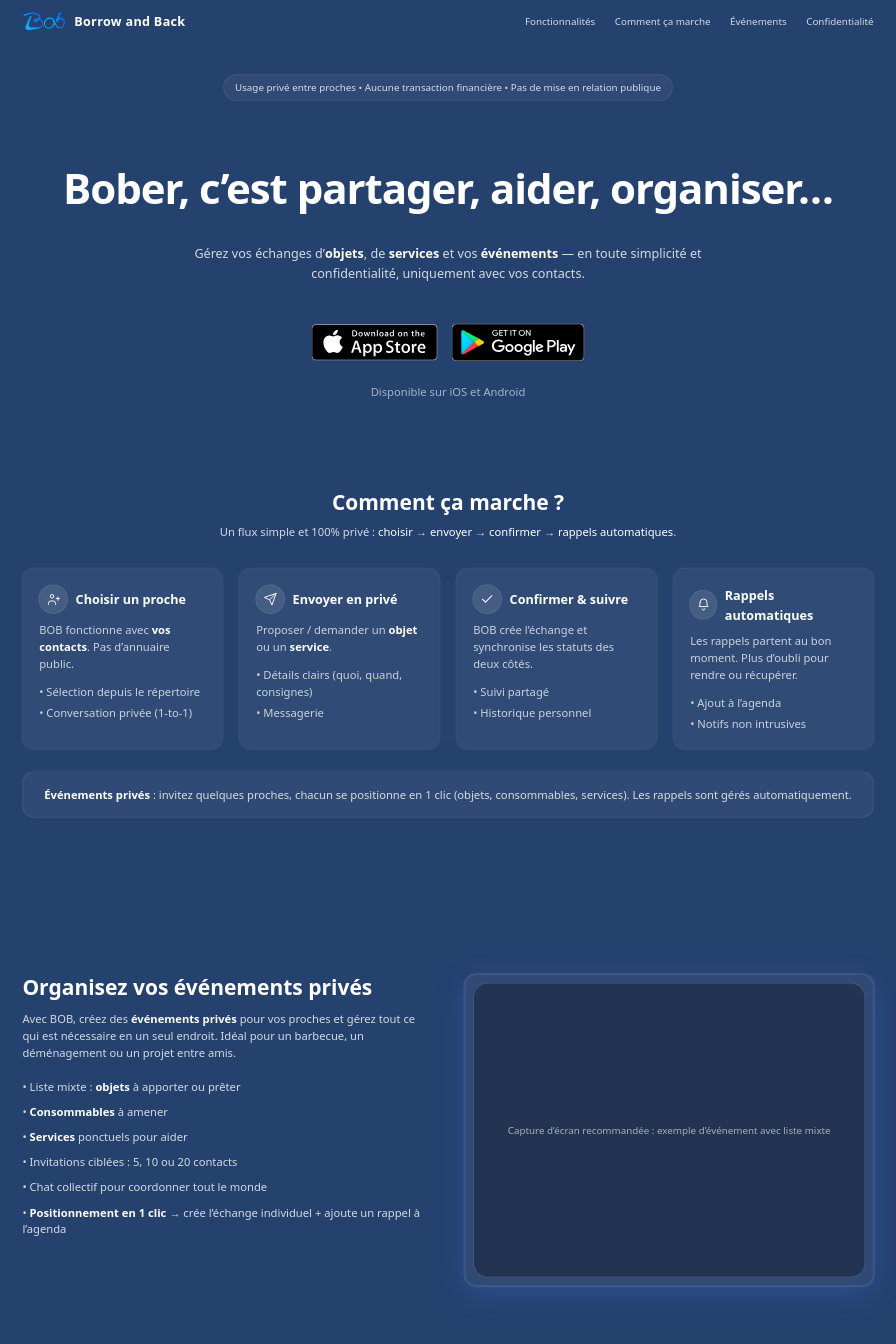
Repository: JeanCharlesMEILLAND/new-bob
Page: /
An editor plug-in stored every save of this project. The page is shown before and after the next save, followed by the edit.
The browser window is 1280 px wide. The pictures show the part of the page from y = 0 to 1920 px (the page is 3234 px tall before and 3250 px after), at 70% of full size.
The page's requests for data from a server got no answer. The project was rebuilt for these pictures with package versions that can differ from the ones it lists, and the page was loaded fresh each time. The framework's server and built-in components were replaced by stand-ins that run in the browser. No one was signed in, and anything a server would have sent is missing. Also part of the build but not shown: next.config.ts.

Above is the page before, as saved 2025-08-12 15:56:16.

After the next save:
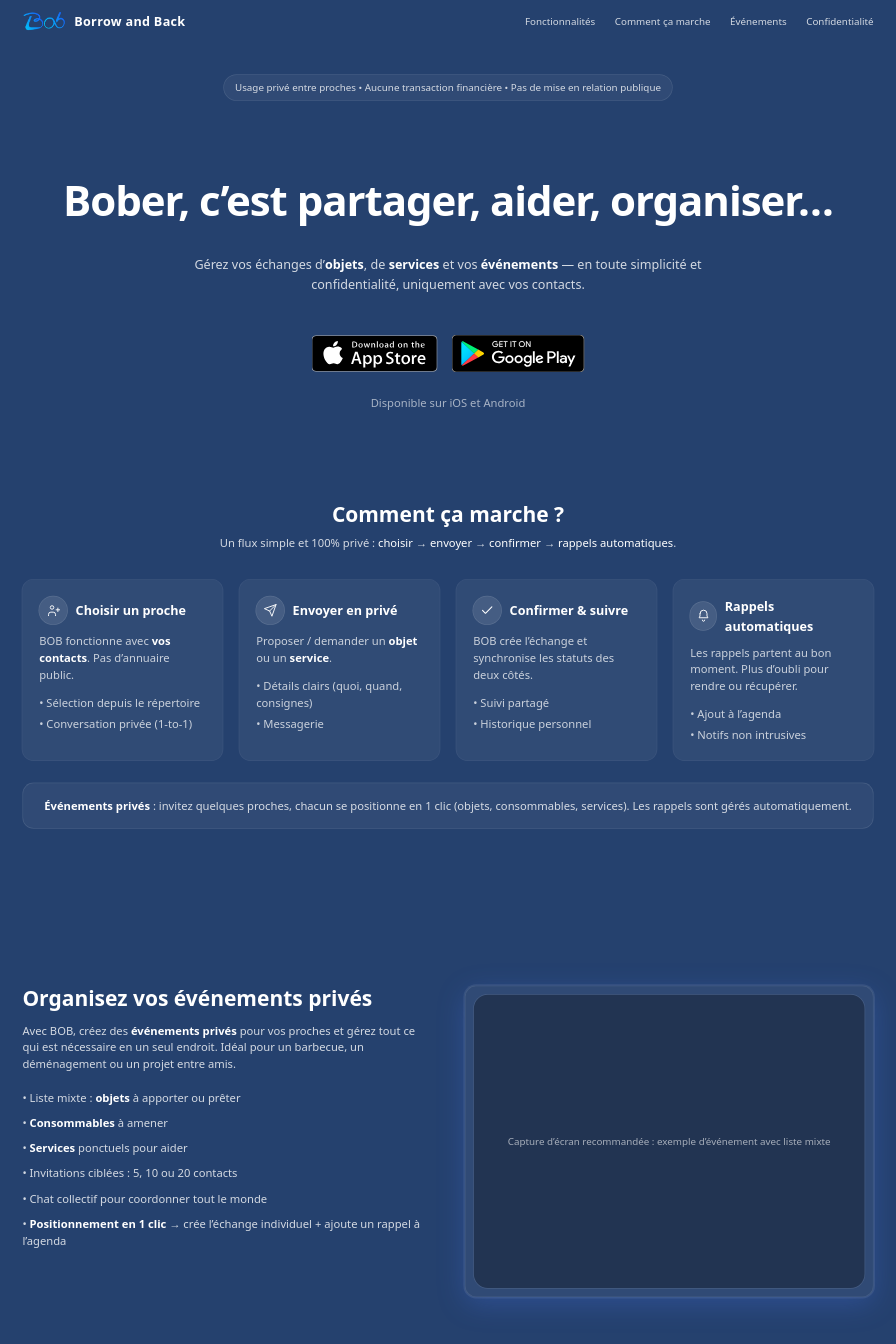
Saved 9 s later.
--- a/src/components/sections/Hero.tsx
+++ b/src/components/sections/Hero.tsx
@@ -16,7 +16,7 @@
         </div>
 
         {/* Titre principal */}
-        <h1 className="mt-12 text-5xl font-extrabold tracking-tight sm:text-6xl leading-tight">
+        <h1 className="mt-16 text-5xl font-extrabold tracking-tight sm:text-6xl leading-tight">
           <span className="">Bober</span>, c’est partager, aider, organiser…
         </h1>
 
